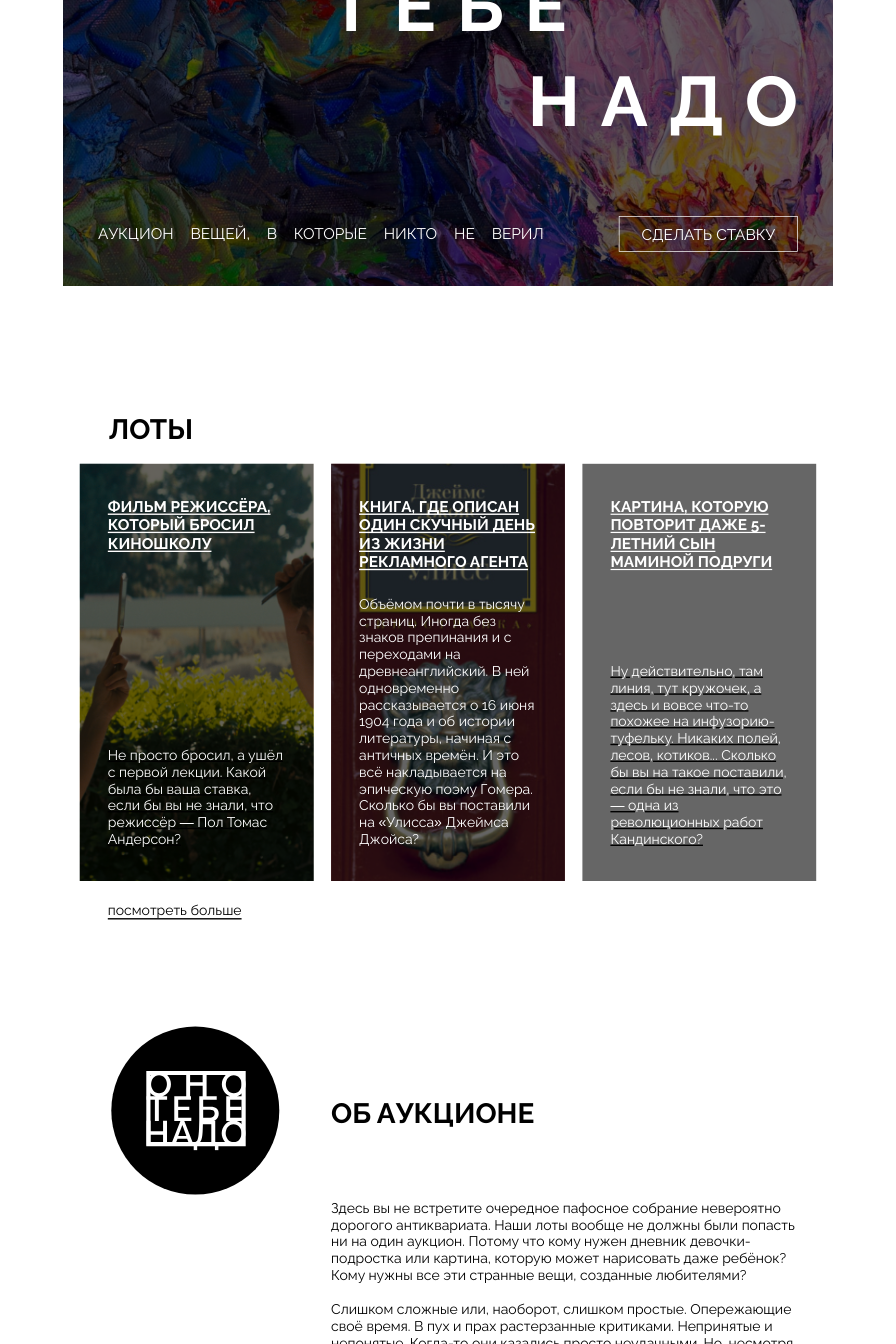
Repository: NikWolf75/ono-tebe-nado-fd
Page: index.html
An editor plug-in stored every save of this project. The page is shown before and after the next save, followed by the edit.
The browser window is 1280 px wide. The pictures show the part of the page from y = 641 to 2561 px (the page is 3027 px tall), at 70% of full size.

Above is the page before, as saved 2024-12-18 22:48:19.

After the next save:
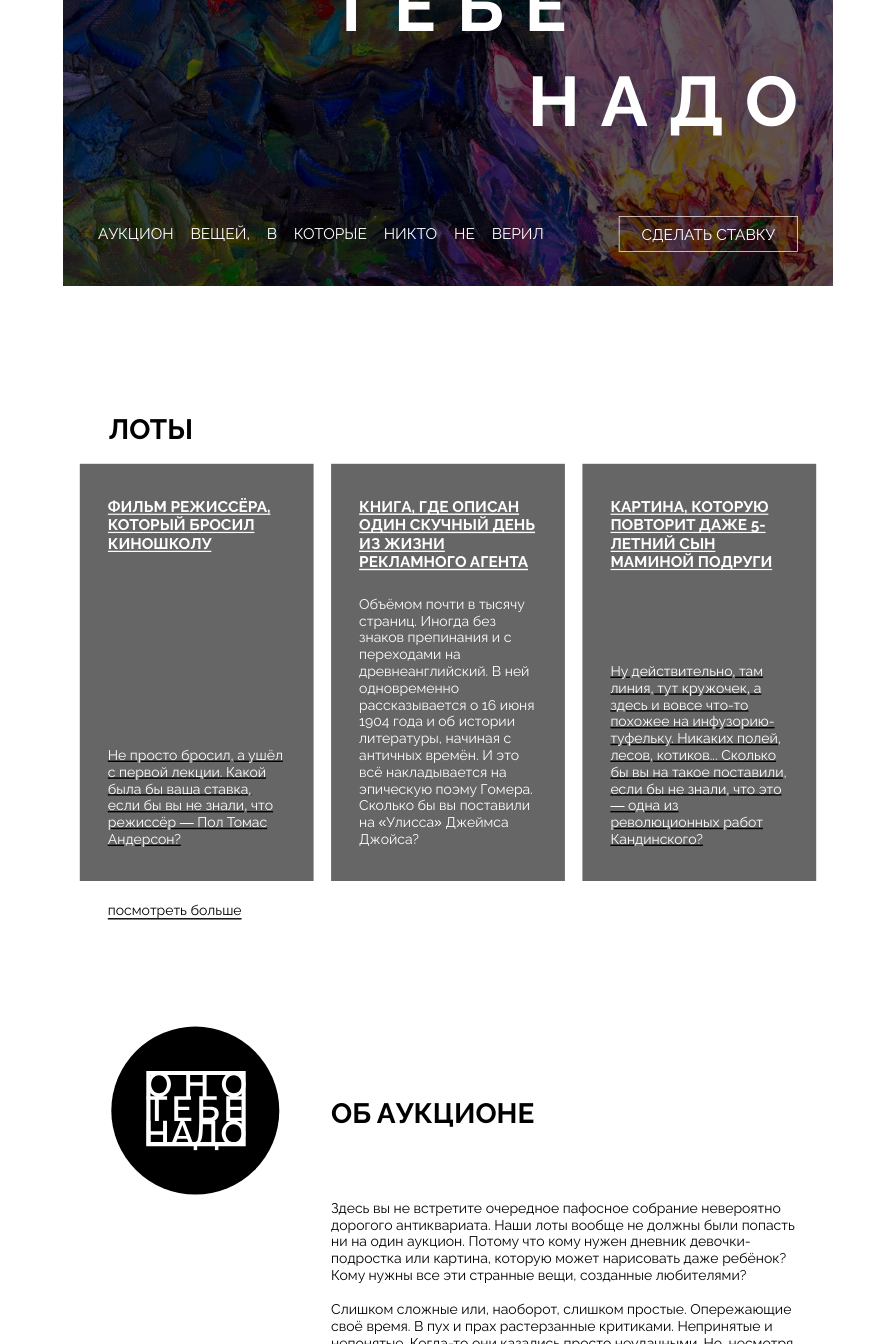
Saved 6 s later.
--- a/styles/style.css
+++ b/styles/style.css
@@ -6,7 +6,6 @@
   font-style: normal;
   font-size: 18px;
   font-weight: 400;
-  text-decoration: none;
 }
 
 .header__links-list {
@@ -174,11 +173,11 @@
   height: 100%;
 }
 
-.card__type_film {
+.card_type_film {
   background-image: url(../images/card-lot-01.jpg);
 }
 
-.card__type_book {
+.card_type_book {
   background-image: url(../images/card-lot-02.jpg);
 }
 
